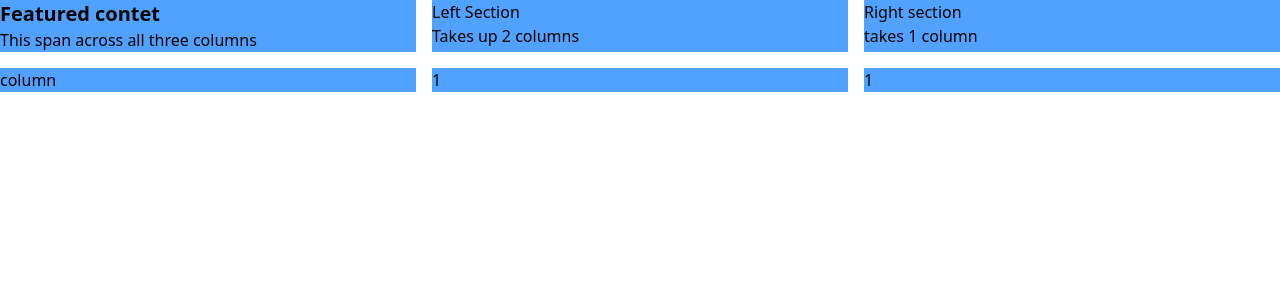
Repository: Abdulahi338/TailwindCss-exercise
Page: Exercise2/index.html
An editor plug-in stored every save of this project. The page is shown before and after a run of saves, followed by the edit.
The browser window is 1280 px wide. The pictures show the whole page.

Above is the page before, as saved 2025-07-27 11:11:08.

### Exercise2/index.html
<!DOCTYPE html>
<html lang="en">
<head>
    <meta charset="UTF-8">
    <meta name="viewport" content="width=device-width, initial-scale=1.0">
        <script src="https://cdn.jsdelivr.net/npm/@tailwindcss/browser@4"></script>

    <title>Exercise 2</title>
</head>
<body>

    <div class="grid grid-cols-3 gap-4">
        <div class=" bg-blue-400">
            <h1 class="font-semibold text-xl">Featured contet</h1>
            <p clas>This span across all three columns </p>
        </div>
        <div class=" bg-blue-400">
            <h1>Left Section</h1>
            <p>Takes up 2 columns</p>
        </div>
        <div class=" bg-blue-400">
            <h1>Right section</h1>
            <p>takes 1 column</p>
        </div>
        <div class="bg-blue-400">
            <h1>column </h1>
        </div>
        <div class="bg-blue-400">1</div>
        <div class=" bg-blue-400">1</div>


    </div>


</body>
</html>

After the next 4 saves:
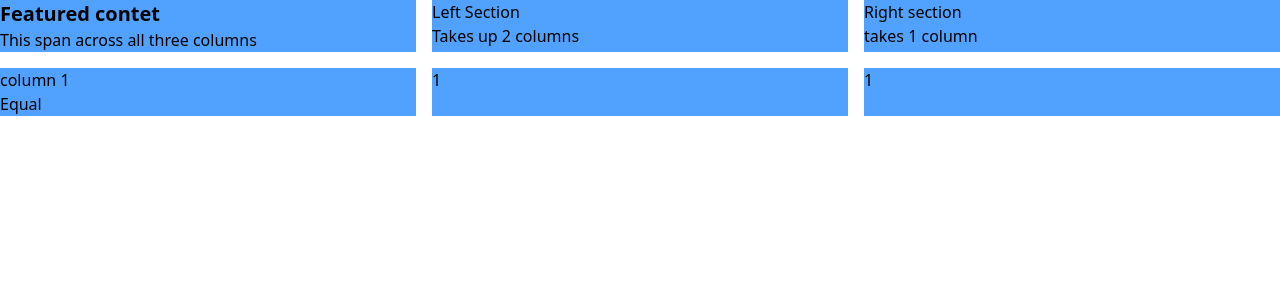
The 4 saves are shown as one change because they came seconds apart.
The last was saved 15 s later.
--- a/Exercise2/index.html
+++ b/Exercise2/index.html
@@ -23,7 +23,8 @@
             <p>takes 1 column</p>
         </div>
         <div class="bg-blue-400">
-            <h1>column </h1>
+            <h1>column 1</h1>
+            <p>Equal</p>
         </div>
         <div class="bg-blue-400">1</div>
         <div class=" bg-blue-400">1</div>
